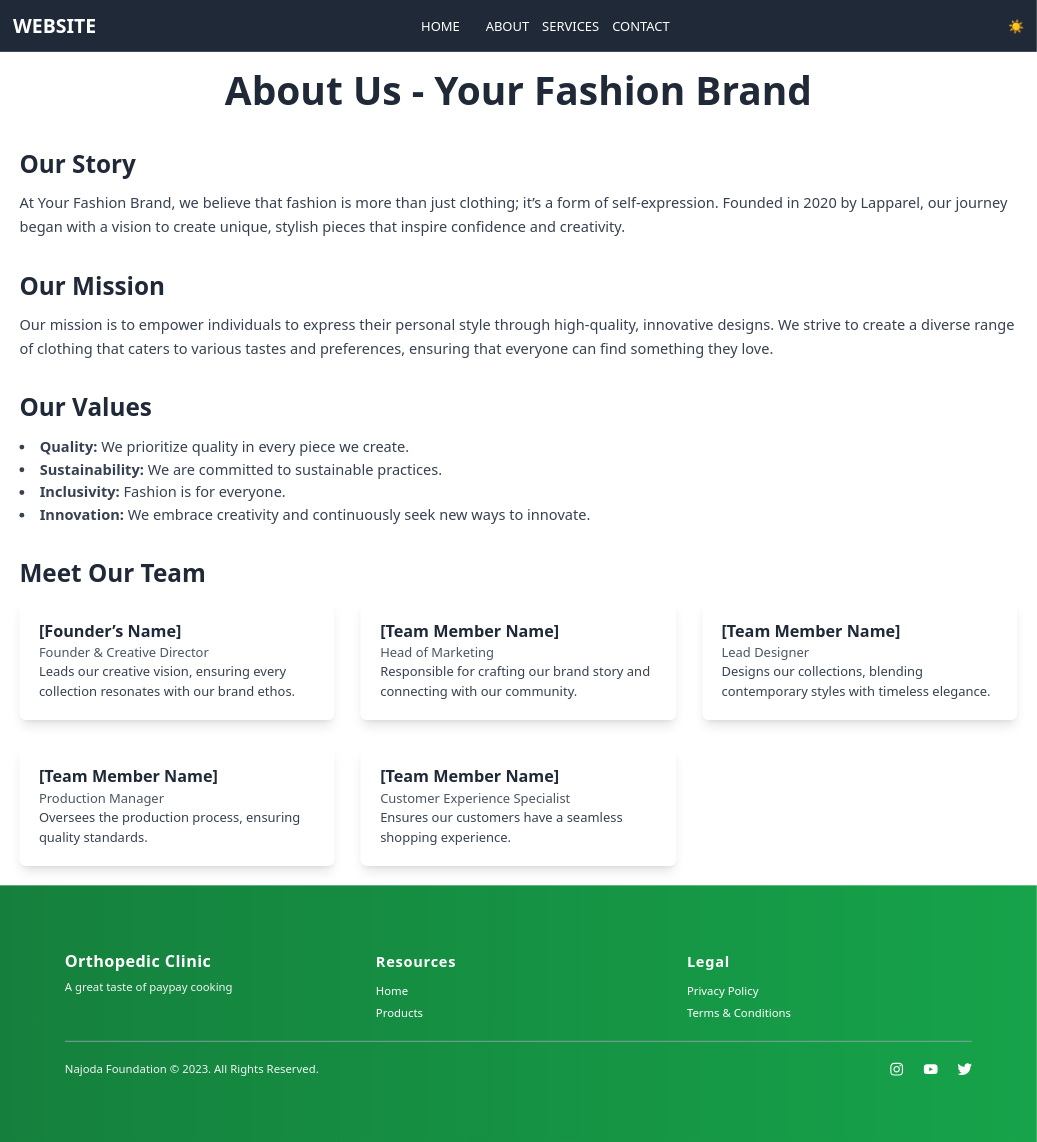
Repository: countaustin1990/file-C-Users-user-Documents-Final-20Cart
Page: /about (app in Documents/BXXXN/my-app/)
The author's editor kept a copy of each file at every save. The page is drawn from the files as they stood at one save, then again after the next save.
The browser window is 1280 px wide. The pictures show the whole page, at 81% of full size.
The project was rebuilt for these pictures with package versions that can differ from the ones it lists, and the page was loaded fresh each time. Also part of the build but not shown: Documents/BXXXN/my-app/vite.config.js, Documents/BXXXN/my-app/src/components/folder/HeroSection.test.jsx, Documents/BXXXN/my-app/src/components/horizontalscroll/style.css, Documents/BXXXN/my-app/src/components/horizontalscroll/HorizontalScroll.jsx, Documents/BXXXN/my-app/src/pages/home/Home.test.jsx, Documents/BXXXN/my-app/src/pages/contact/Contact.jsx, Documents/BXXXN/my-app/src/pages/services/Services.test.jsx.

Above is the page before, as saved 2024-10-31 23:29:30.

After the next save:
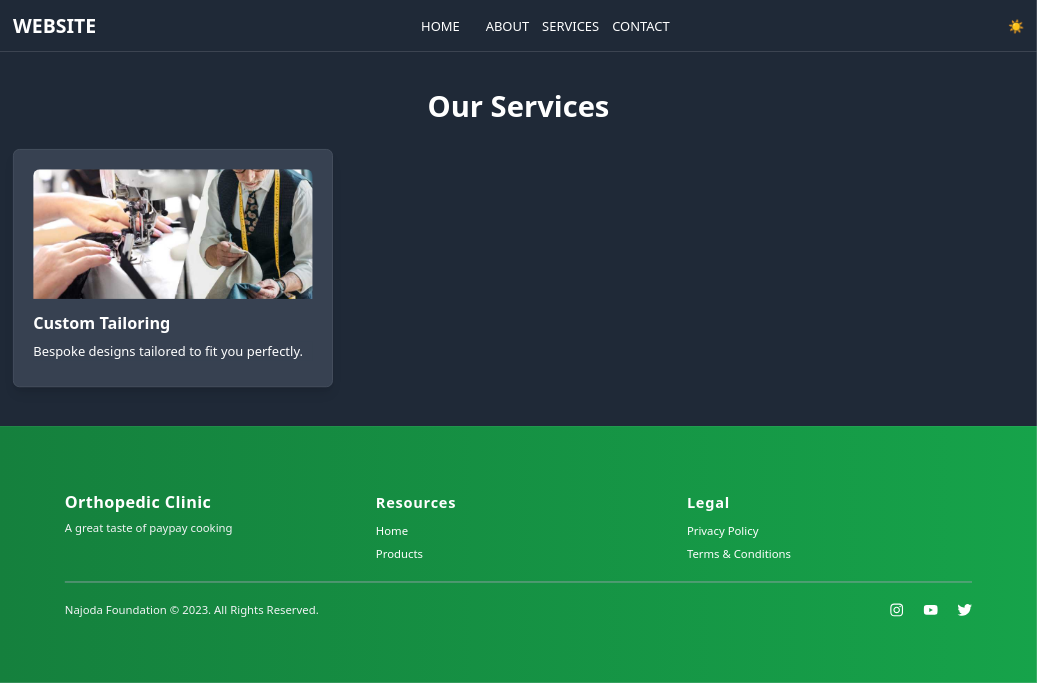
Saved 19 s later.
--- a/Documents/BXXXN/my-app/src/pages/about/About.jsx
+++ b/Documents/BXXXN/my-app/src/pages/about/About.jsx
@@ -1,77 +1,69 @@
+import PropTypes from 'prop-types';
+import Tailor from '../../assets/Tailor.jpg'; // Adjust the path based on your project structure
 
+const Services = ({ theme }) => {
+  const services = [
+    {
+      title: "Custom Tailoring",
+      description: "Bespoke designs tailored to fit you perfectly.",
+      imageUrl: Tailor // Use the imported image here
+    },
+    // You can add more services here
+    // {
+    //   title: "Styling Consultation",
+    //   description: "Expert advice for your wardrobe.",
+    //   imageUrl: stylingConsultationImage,
+    // },
+    // {
+    //   title: "Seasonal Collections",
+    //   description: "Explore our latest seasonal styles.",
+    //   imageUrl: seasonalCollectionsImage,
+    // },
+    // {
+    //   title: "Alteration Services",
+    //   description: "Perfecting the fit of your garments.",
+    //   imageUrl: alterationServicesImage,
+    // },
+    // {
+    //   title: "Personal Shopping",
+    //   description: "Tailored shopping experiences.",
+    //   imageUrl: personalShoppingImage,
+    // },
+    // {
+    //   title: "Wardrobe Revamp",
+    //   description: "Refresh your wardrobe with our help.",
+    //   imageUrl: wardrobeRevampImage,
+    // },
+  ];
 
-const About = () => {
   return (
-    <div className="container mx-auto p-6">
-      <h1 className="text-5xl font-bold text-center text-gray-800 mb-12">About Us - Your Fashion Brand</h1>
-
-      <section className="mb-10">
-        <h2 className="text-3xl font-semibold text-gray-800 mb-4">Our Story</h2>
-        <p className="text-lg text-gray-700 leading-relaxed">
-          At Your Fashion Brand, we believe that fashion is more than just clothing; it’s a form of self-expression.
-          Founded in 2020 by Lapparel, our journey began with a vision to create unique, stylish pieces that inspire confidence and creativity.
-        </p>
-      </section>
-
-      <section className="mb-10">
-        <h2 className="text-3xl font-semibold text-gray-800 mb-4">Our Mission</h2>
-        <p className="text-lg text-gray-700 leading-relaxed">
-          Our mission is to empower individuals to express their personal style through high-quality, innovative designs.
-          We strive to create a diverse range of clothing that caters to various tastes and preferences, ensuring that everyone can find something they love.
-        </p>
-      </section>
-
-      <section className="mb-10">
-        <h2 className="text-3xl font-semibold text-gray-800 mb-4">Our Values</h2>
-        <ul className="list-disc list-inside text-lg text-gray-700">
-          <li><strong>Quality:</strong> We prioritize quality in every piece we create.</li>
-          <li><strong>Sustainability:</strong> We are committed to sustainable practices.</li>
-          <li><strong>Inclusivity:</strong> Fashion is for everyone.</li>
-          <li><strong>Innovation:</strong> We embrace creativity and continuously seek new ways to innovate.</li>
-        </ul>
-      </section>
-
-      <section>
-        <h2 className="text-3xl font-semibold text-gray-800 mb-4">Meet Our Team</h2>
-        <div className="grid grid-cols-1 md:grid-cols-2 lg:grid-cols-3 gap-8">
-          {/* Team Member Card */}
-          {[
-            {
-              name: '[Founder’s Name]',
-              title: 'Founder & Creative Director',
-              description: 'Leads our creative vision, ensuring every collection resonates with our brand ethos.',
-            },
-            {
-              name: '[Team Member Name]',
-              title: 'Head of Marketing',
-              description: 'Responsible for crafting our brand story and connecting with our community.',
-            },
-            {
-              name: '[Team Member Name]',
-              title: 'Lead Designer',
-              description: 'Designs our collections, blending contemporary styles with timeless elegance.',
-            },
-            {
-              name: '[Team Member Name]',
-              title: 'Production Manager',
-              description: 'Oversees the production process, ensuring quality standards.',
-            },
-            {
-              name: '[Team Member Name]',
-              title: 'Customer Experience Specialist',
-              description: 'Ensures our customers have a seamless shopping experience.',
-            },
-          ].map((member, index) => (
-            <div key={index} className="p-6 shadow-lg rounded-lg bg-white dark:bg-gray-800 transition-transform transform hover:scale-105">
-              <h3 className="text-xl font-semibold text-gray-800">{member.name}</h3>
-              <p className="text-gray-600">{member.title}</p>
-              <p className="text-gray-700">{member.description}</p>
-            </div>
-          ))}
-        </div>
-      </section>
+    <div className={`container-fluid py-12 px-4 ${theme === 'light' ? 'bg-white text-gray-800' : 'bg-gray-800 text-white'}`}>
+      <h1 className="text-4xl font-bold text-center mb-8">Our Services</h1>
+      <div className="grid grid-cols-1 md:grid-cols-2 lg:grid-cols-3 gap-8">
+        {services.map((service, index) => (
+          <div
+            key={index}
+            className={`p-6 shadow-lg rounded-lg transition-transform transform hover:scale-105 ${theme === 'light' ? 'bg-white border border-gray-300' : 'bg-gray-700 border border-gray-600'}`}
+          >
+            <img
+              src={service.imageUrl}
+              alt={service.title}
+              className="w-full h-40 object-cover rounded-t-lg mb-4"
+            />
+            <h2 className="text-xl font-semibold mb-2">{service.title}</h2>
+            <p className={`mb-2 ${theme === 'light' ? 'bg-white' : 'bg-gray-700'}`}>
+              {service.description}
+            </p>
+          </div>
+        ))}
+      </div>
     </div>
   );
 };
 
-export default About;
+// PropTypes validation
+Services.propTypes = {
+  theme: PropTypes.string.isRequired,
+};
+
+export default Services;
